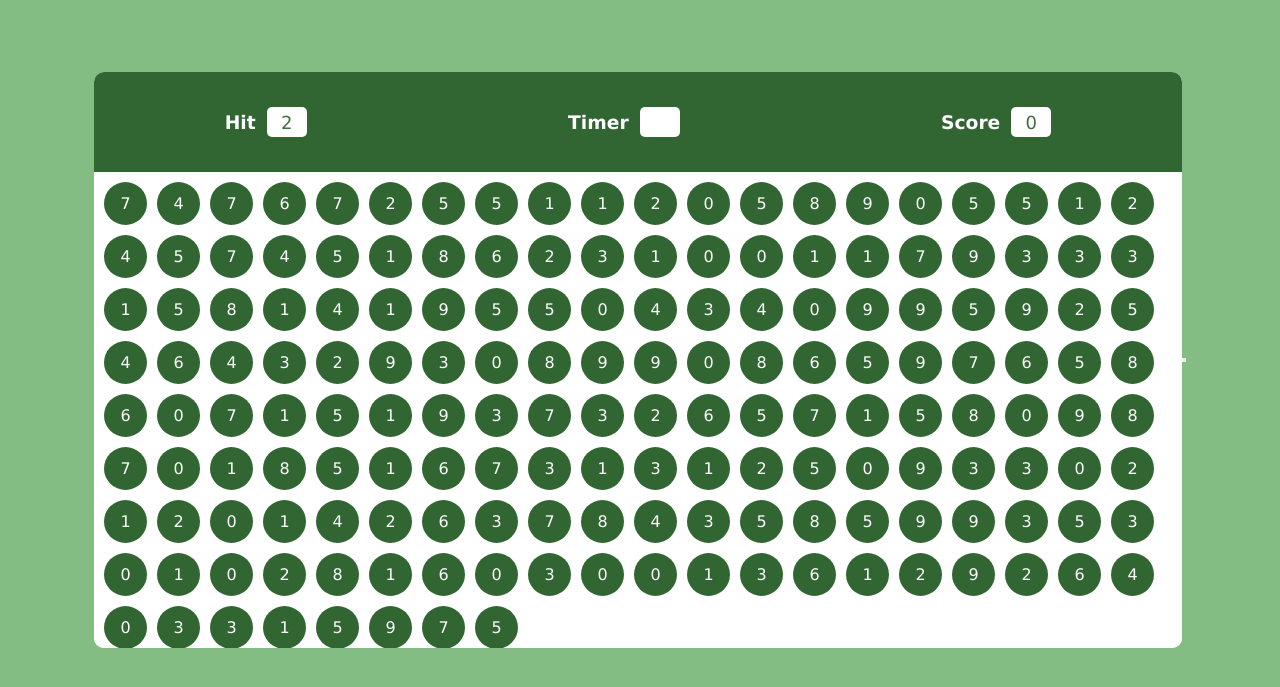
Repository: ketansharma22/BubbleGame
Page: index.html
The author's editor kept a copy of each file at every save. The page is drawn from the files as they stood at one save, then again after the next save.
The browser window is 1280 px wide. The pictures show the whole page.

Above is the page before, as saved 2024-02-19 00:00:18.

After the next save:
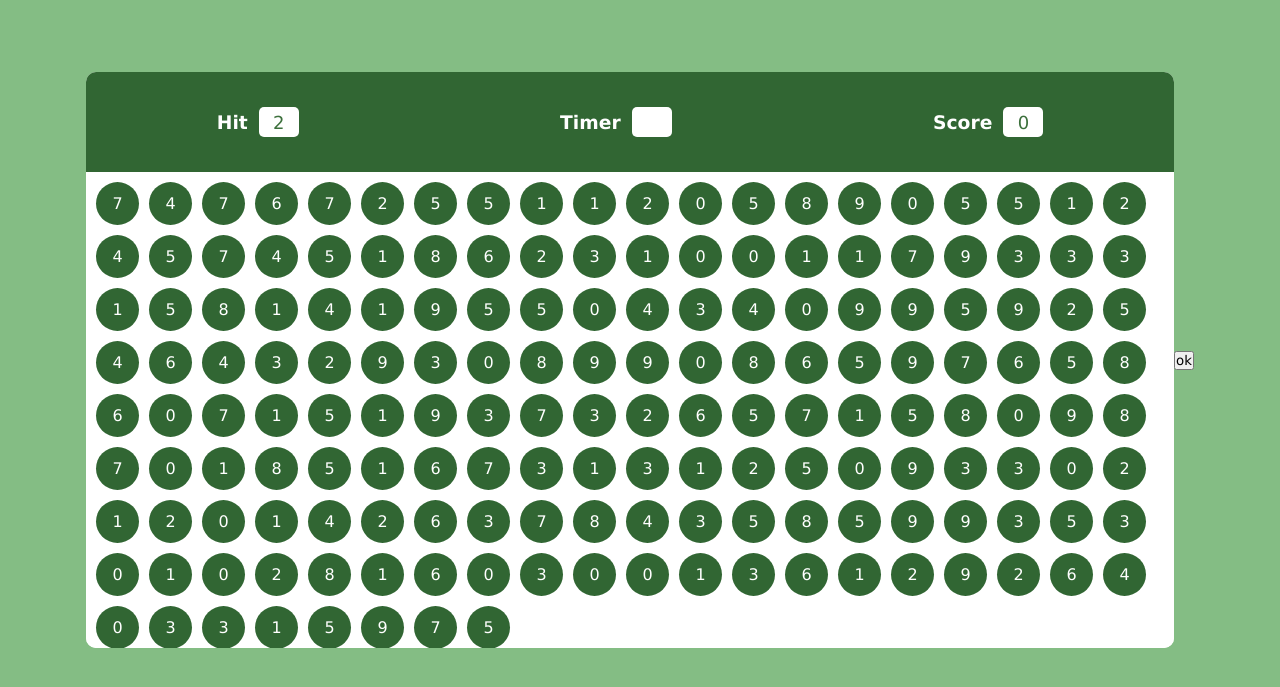
Saved 7 s later.
--- a/index.html
+++ b/index.html
@@ -28,7 +28,7 @@
 
             </div>
         </div>
-        <button></button>
+        <button>ok</button>
     </div>
     <script src="scripts.js"></script>
 </body>
